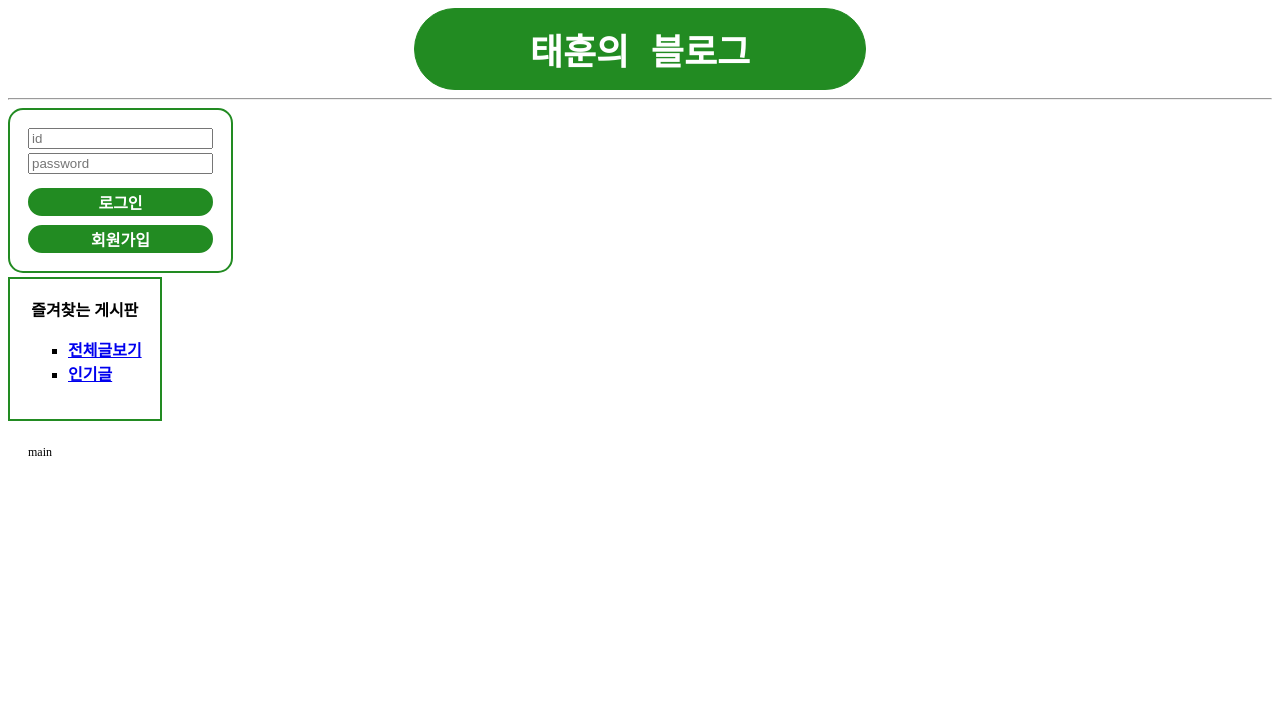
Repository: codelily98/Web
Page: board/src/main/webapp/HTML5/boardmain.html
The author's editor kept a copy of each file at every save. The page is drawn from the files as they stood at one save, then again after the next save.
The browser window is 1280 px wide. The pictures show the whole page.

Above is the page before, as saved 2024-08-13 05:07:29.

### board/src/main/webapp/HTML5/boardmain.html
<!DOCTYPE html>
<html>
<head>
<meta charset="UTF-8">
<title>태훈의 블로그</title>
<style type="text/css">
section {
	margin-top: 20px;
	margin-left: 20px;
	font-size: 12px;
	font-family: 맑은고딕;
	width : 80%;
	height: 70%;
	float : left;
}
#nav {
	margin-top: 20px;
	margin-left: 20px;
	width : 15%;
	height: 70%;
	float : left;
	font-size: 14px;
	font-family: 맑은고딕;
}
.title {
	border-radius: 50px;
	background: forestgreen;
	display: inline-block;
	border: 1px solid forestgreen;
	width: 450px;
	height: 80px;
	align-content: center;
	color: white;
	font-weight : bold;
	font-size: 36px;
	font-family: Lucida Console;
}
.userstatus {
	padding: 15px;
	font-weight : bold;
	border: 2px solid forestgreen;
	border-radius: 15px;
	display: inline-block;
	align-content: left;
}
.post_list {
	padding: 15px;
	font-weight : bold;
	border: 2px solid forestgreen;
	border-width:
	border-radius: 15px;
	display: inline-block;
	align-content: left;
}
#login_button, #signin_button {
	border-radius: 15px;
	background: forestgreen;
	border: 2px solid forestgreen;
	align-content: center;
	color: white;
	font-weight : bold;
	margin-top: 5px;
}
#pwd {
	margin-bottom: 5px;
}
#bookmark_list {
	padding: 30px;
	font-weight : bold;
	border: 2px solid forestgreen;
	border-radius: 15px;
	display: inline-block;
	align-content: center;
	width: 150px;
}
</style>
</head>
<body>
	<header align="center">
		<div class="title" align="center">태훈의 블로그</div>
		<hr>
	</header>

	<nav id="nav1">
		<form>
			<table class="userstatus">
				<tr>
					<td>
						<input type = "text" name = "user_id" id = "id" placeholder = "id"/>
					</td>
				</tr>
				<tr>
					<td>
						<input type = "text" name = "user_pwd" id = "pwd" placeholder = "password"/>
					</td>
				</tr>
				<tr>
					<td>
						<div id="login_button" align="center" onclick="location.href='login_board.html'">로그인</div>
					</td>
				</tr>
				<tr>
					<td>
						<div id="signin_button" align="center" onclick="location.href='signin_page.html'">회원가입</div>
					</td>
				</tr>
			</table>
			<br>
			<table class="post_list">
				<tr>
					<td>
						<div align="center">즐겨찾는 게시판</div>
						<ul>
							<li id="all_post_list" type = "square"><a href="./all_post_list.html"/>전체글보기</li>
							<li id="hot_post_list" type = "square"><a href="./all_post_list.html"/>인기글</li>
						</ul>
					</td>
				</tr>
			</table>
		</form>
	</nav>

	<section>
		<div>main</div>
	</section>
</body>
</html>

After the next save:
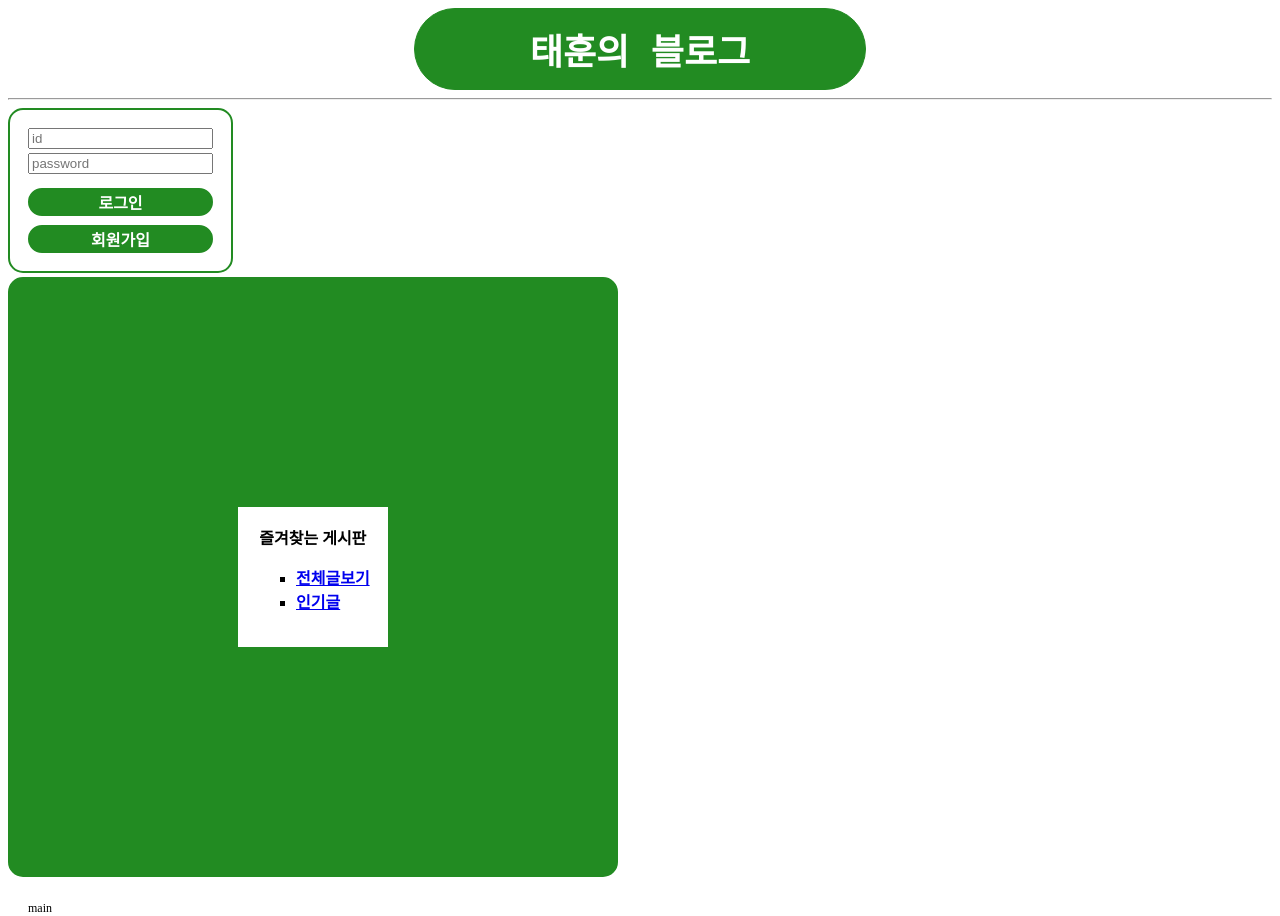
Saved 7 s later.
--- a/board/src/main/webapp/HTML5/boardmain.html
+++ b/board/src/main/webapp/HTML5/boardmain.html
@@ -47,7 +47,7 @@
 	padding: 15px;
 	font-weight : bold;
 	border: 2px solid forestgreen;
-	border-width:
+	border-width: 230px;
 	border-radius: 15px;
 	display: inline-block;
 	align-content: left;

After the save that followed:
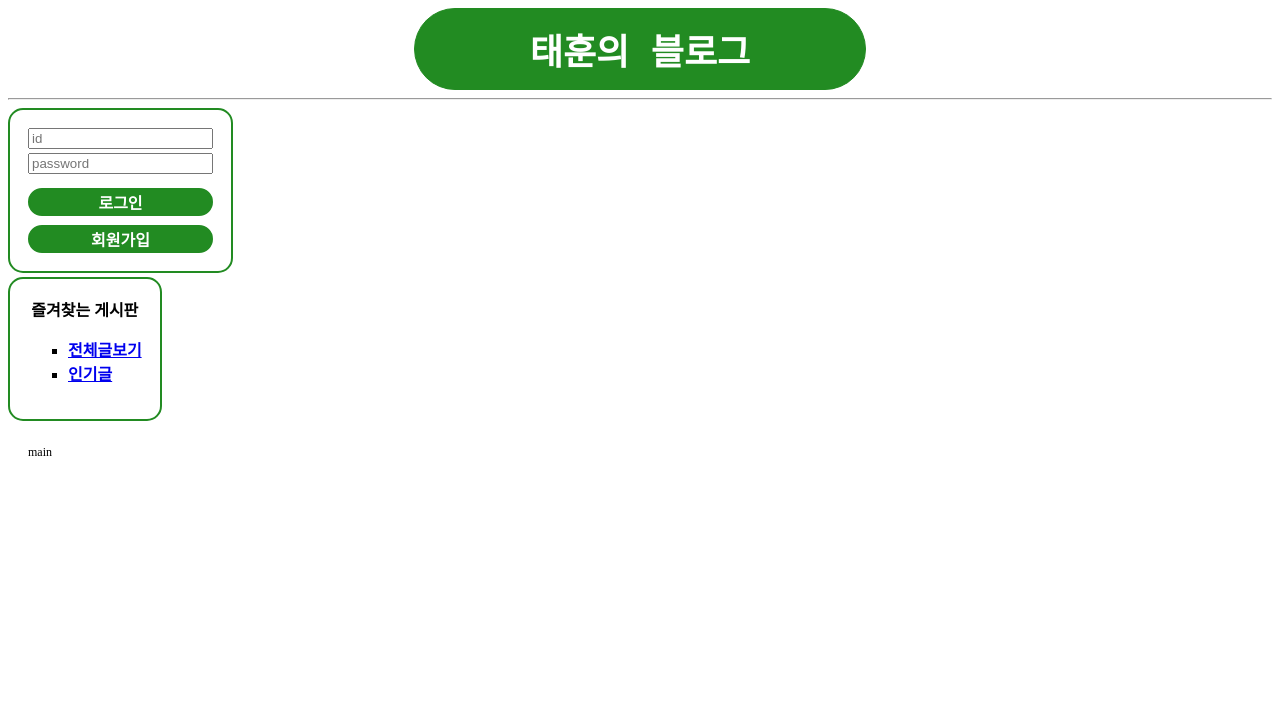
Saved 18 s later.
--- a/board/src/main/webapp/HTML5/boardmain.html
+++ b/board/src/main/webapp/HTML5/boardmain.html
@@ -47,7 +47,6 @@
 	padding: 15px;
 	font-weight : bold;
 	border: 2px solid forestgreen;
-	border-width: 230px;
 	border-radius: 15px;
 	display: inline-block;
 	align-content: left;
